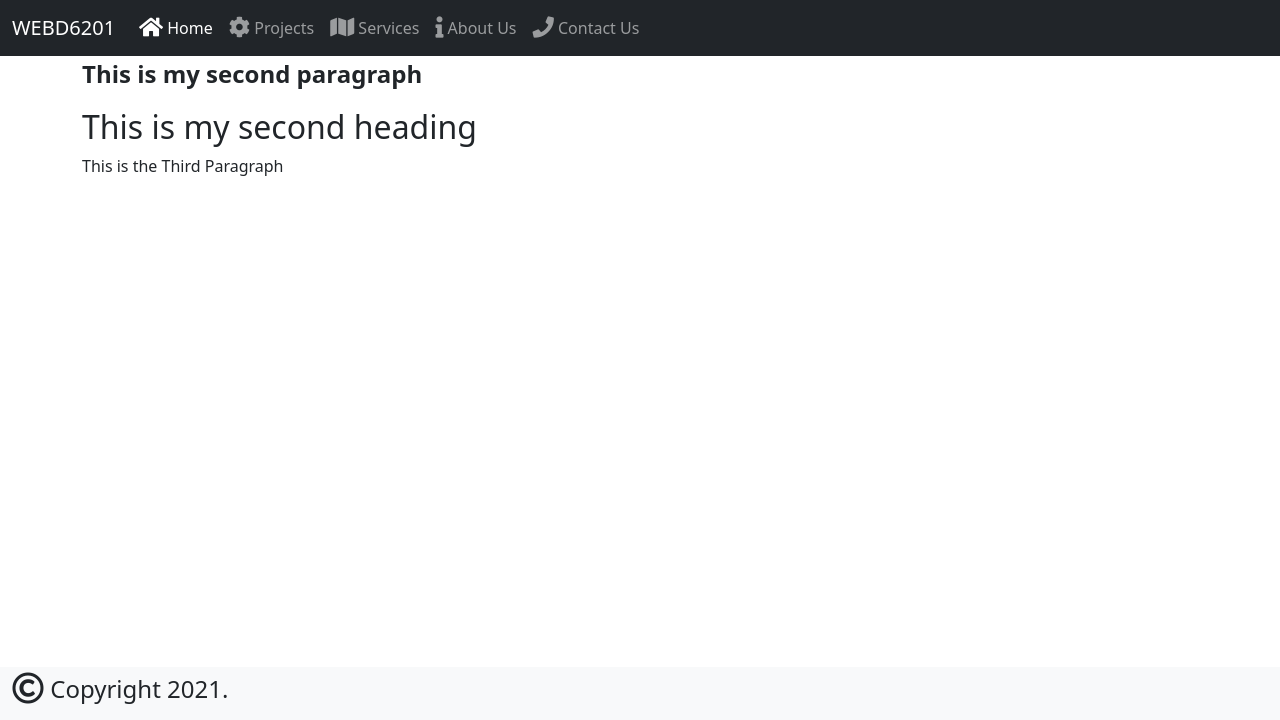
Repository: Sub4Sub/Lab_1
Page: index.html
These files come from the project's save history. The page is drawn as it stood at one moment and after the next save; the edit follows.
The browser window is 1280 px wide. The pictures show the whole page.

Above is the page before, as saved 2021-02-03 18:24:46.

### index.html
<!DOCTYPE html>
<html lang="en">
<head>
    <meta charset="UTF-8">
    <meta name="viewport" content="width=device-width, initial-scale=1.0">
    <title>Home</title>
    <!-- CSS Section -->
    <link rel="stylesheet" href="./node_modules/bootstrap/dist/css/bootstrap.min.css">
    <link rel="stylesheet" href="./node_modules/@fortawesome/fontawesome-free/css/all.min.css">
    <link rel="stylesheet" href="./Content/app.css">
</head>
<body>
    <!-- Main Header -->
    <header>
        <!-- Main Navigation -->
        <nav class="navbar navbar-expand-lg navbar-dark bg-dark">
            <div class="container-fluid">
              <a class="navbar-brand" href="index.html">WEBD6201</a>
              <button class="navbar-toggler" type="button" data-bs-toggle="collapse" data-bs-target="#navbarSupportedContent" aria-controls="navbarSupportedContent" aria-expanded="false" aria-label="Toggle navigation">
                <span class="navbar-toggler-icon"></span>
              </button>
              <div class="collapse navbar-collapse" id="navbarSupportedContent">
                <ul class="navbar-nav me-auto mb-2 mb-lg-0">
                  <li class="nav-item">
                    <a class="nav-link active" aria-current="page" href="index.html"><i class="fas fa-home fa-lg"></i> Home</a>
                  </li>

                  <li class="nav-item">
                    <a class="nav-link" aria-current="page" href="projects.html"><i class="fas fa-cog fa-lg"></i> Projects</a>
                  </li>

                  <li class="nav-item">
                    <a class="nav-link" aria-current="page" href="services.html"><i class="fas fa-map fa-lg"></i> Services</a>
                  </li>

                  <li class="nav-item">
                    <a class="nav-link" aria-current="page" href="about.html"><i class="fas fa-info fa-lg"></i> About Us</a>
                  </li>

                  <li class="nav-item">
                    <a class="nav-link" aria-current="page" href="contact.html"><i class="fas fa-phone fa-lg"></i> Contact Us</a>
                  </li>
                </ul>
              </div>
            </div>
          </nav>
    </header>

    <!-- Main Content -->
    <main class="container">
    </main>

    <!-- Main Footer -->
    <footer>
        <nav class="navbar fixed-bottom navbar-light bg-light">
            <div class="container-fluid">
              <h4><i class="far fa-copyright fa-lg"></i> Copyright 2021.</h4>
            </div>
          </nav>
    </footer>

    <!-- Script Section-->
    <script src="./node_modules/jquery/dist/jquery.min.js"></script>
    <script src="./node_modules/bootstrap/dist/js/bootstrap.bundle.min.js"></script>
    <script src="./Scripts/app.js"></script>
</body>
</html>

### Scripts/app.js

"use strict";


(function()
{

    function displayHome()
    {
        /*
        let paragraphOneText =
          "This is a simple site to demonstrate DOM Manipulation for ICE 1";

          let paragraphOneElement = document.getElementById("paragraphOne");

        paragraphOneElement.textContent = paragraphOneText;
        paragraphOneElement.className = "fs-5";
*/
        // STEP 1 - Create a new Element
        let paragraphTwo = document.createElement("p");
        // STEP 2 - configure the new Element
        paragraphTwo.setAttribute("id", "paragraphTwo");
        paragraphTwo.textContent = "This is my second paragraph";
        paragraphTwo.className = "fs-4 fw-bold";
        // STEP 3 - Target the Parent Element
        let mainContent = document.querySelector("main");
        // STEP 4 - append the new element to the parent
        mainContent.appendChild(paragraphTwo);

        let newDivTag = document.createElement("div");
        newDivTag.innerHTML =
        `<h2>This is my second heading</h2>
        <p id="paragraphThree"> This is the Third Paragraph </p>`;

        mainContent.append(newDivTag);
    }

    function Start()
    {
        console.log("App Started...");

        switch (document.title)
        {
          case "Home":
              displayHome();
            break;
          case "About":
              displayAbout();
            break;
          case "Projects":
              displayProjects();
            break;
          case "Services":
              displayServices();
            break;
          case "Contact":
              displayContact();
            break;
        }

    }

    window.addEventListener("load", Start);

})();

Loaded but not shown: node_modules/bootstrap/dist/css/bootstrap.min.css (library); node_modules/@fortawesome/fontawesome-free/css/all.min.css (library); node_modules/jquery/dist/jquery.min.js (library); node_modules/bootstrap/dist/js/bootstrap.bundle.min.js (library); Content/app.css (no stored copy; drawn as an empty file)

After the next save:
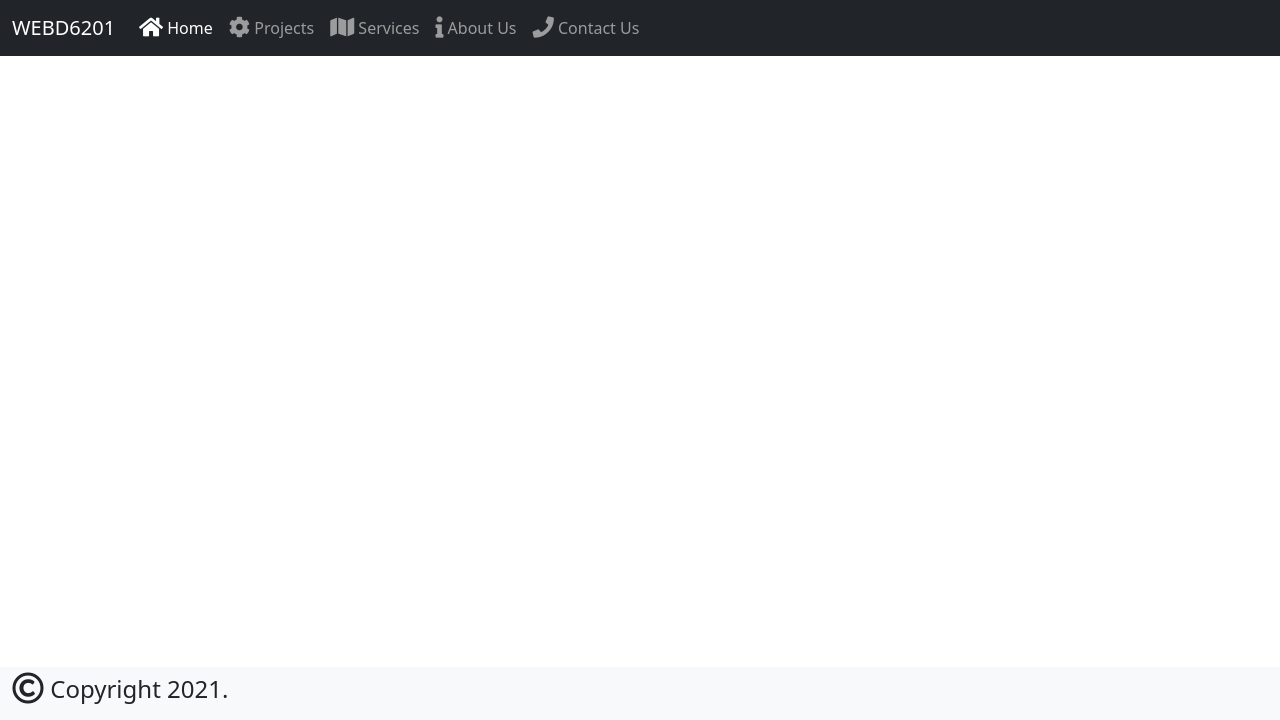
Console error: ReferenceError: paragraphTwo is not defined
Saved 32 s later.
--- a/Scripts/app.js
+++ b/Scripts/app.js
@@ -17,7 +17,7 @@
         paragraphOneElement.className = "fs-5";
 */
         // STEP 1 - Create a new Element
-        let paragraphTwo = document.createElement("p");
+        let indexHeading = document.createElement("h1");
         // STEP 2 - configure the new Element
         paragraphTwo.setAttribute("id", "paragraphTwo");
         paragraphTwo.textContent = "This is my second paragraph";

After the 2 saves that followed:
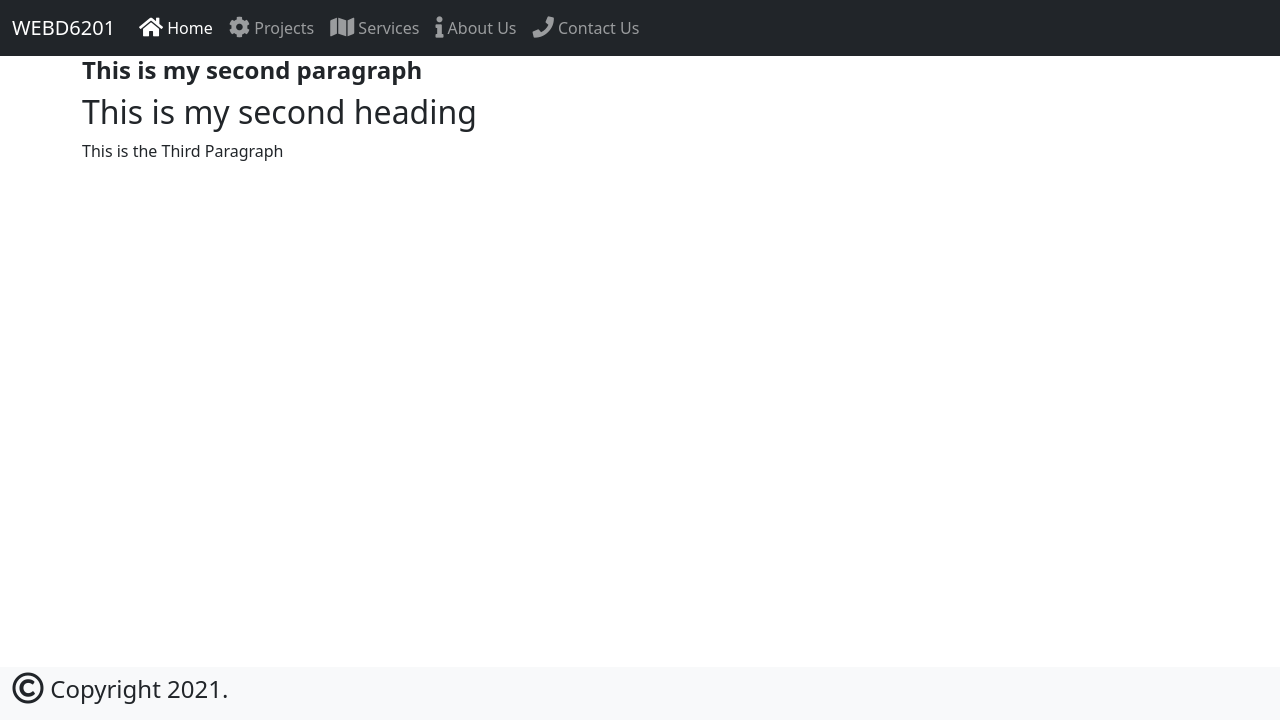
The error is gone.
The 2 saves are shown as one change because 1 left the picture as it was.
The last was saved 35 s later.
--- a/Scripts/app.js
+++ b/Scripts/app.js
@@ -19,13 +19,13 @@
         // STEP 1 - Create a new Element
         let indexHeading = document.createElement("h1");
         // STEP 2 - configure the new Element
-        paragraphTwo.setAttribute("id", "paragraphTwo");
-        paragraphTwo.textContent = "This is my second paragraph";
-        paragraphTwo.className = "fs-4 fw-bold";
+        indexHeading.setAttribute("id", "indexHeading");
+        indexHeading.textContent = "This is my second paragraph";
+        indexHeading.className = "fs-4 fw-bold";
         // STEP 3 - Target the Parent Element
         let mainContent = document.querySelector("main");
         // STEP 4 - append the new element to the parent
-        mainContent.appendChild(paragraphTwo);
+        mainContent.appendChild(indexHeading);
 
         let newDivTag = document.createElement("div");
         newDivTag.innerHTML =
